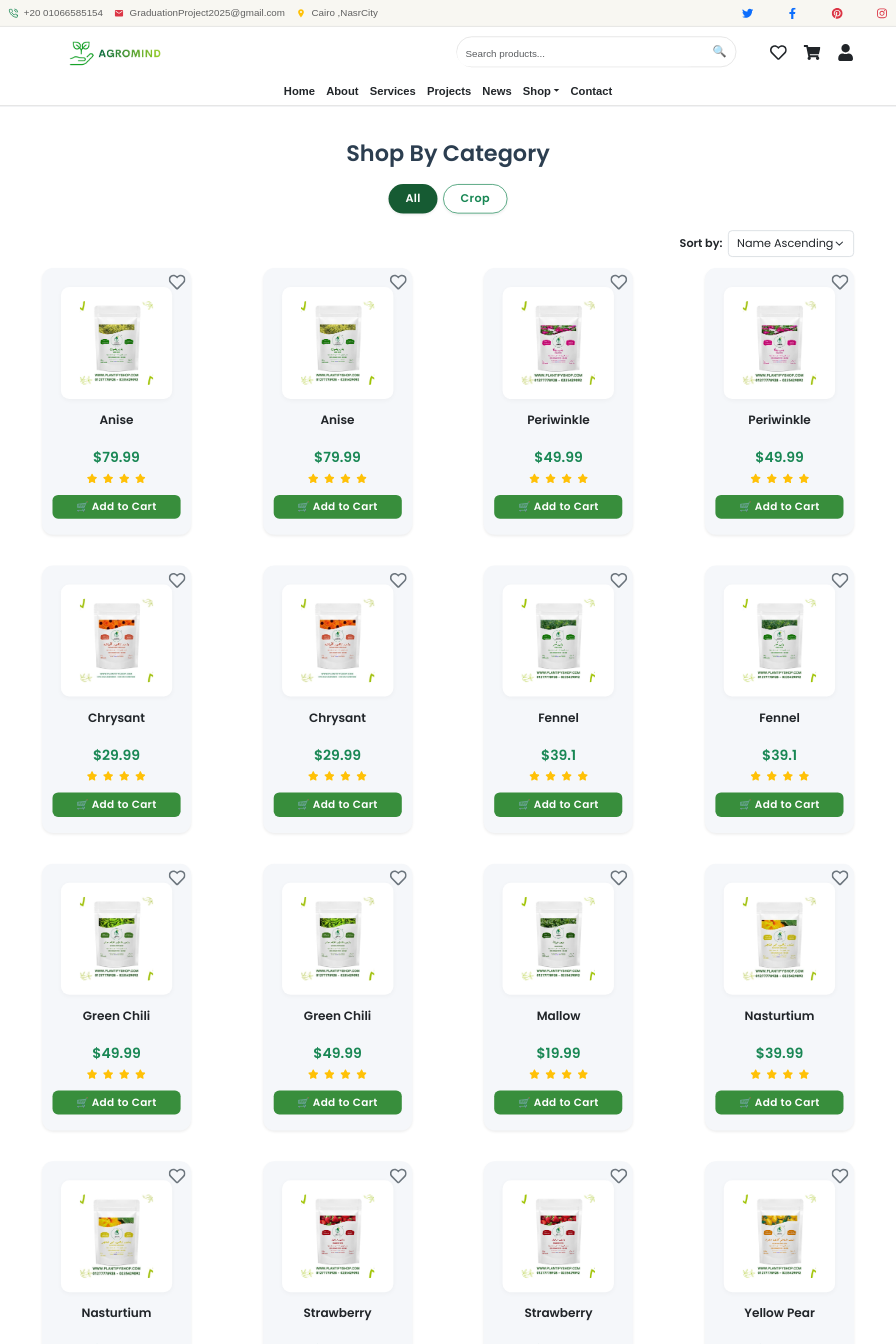
Repository: ShimaaMohamedRoshdi/WorkSpace-agromind
Page: /shop-by-category (app in agricultural-management-system-vs/agricultural-management-system-main/)
These files come from the project's save history. The page is drawn as it stood at one moment and after a run of saves; the edit follows.
The browser window is 1280 px wide. The pictures show the part of the page from y = 0 to 1920 px (the page is 3007 px tall before and 6414 px after), at 70% of full size.
The project was rebuilt for these pictures with package versions that can differ from the ones it lists, and the page was loaded fresh each time. Also part of the build but not shown: agricultural-management-system-vs/agricultural-management-system-main/vite.config.js, agricultural-management-system-vs/agricultural-management-system-main/services/api.jsx, agricultural-management-system-vs/agricultural-management-system-main/src/pages/SignUp.jsx, agricultural-management-system-vs/agricultural-management-system-main/src/pages/SignIn.jsx, agricultural-management-system-vs/agricultural-management-system-main/src/components/HealthyFoods.css, agricultural-management-system-vs/agricultural-management-system-main/src/components/HealthyFoods.jsx, agricultural-management-system-vs/agricultural-management-system-main/src/components/Products.jsx, agricultural-management-system-vs/agricultural-management-system-main/src/components/AgricultureSkill.jsx and 43 more.

Above is the page before, as saved 2025-05-03 00:17:01.

### agricultural-management-system-vs/agricultural-management-system-main/index.html
<!doctype html>
<html lang="en">
  <head>
    <meta charset="UTF-8" />
    <link rel="icon" type="image/svg+xml" href="/src/assets/images/logo-icon.png" />
        <!-- Google Font for Handwritten Style -->
        <link href="https://fonts.googleapis.com/css2?family=Poppins:wght@300;400;600&display=swap" rel="stylesheet">



    <meta name="viewport" content="width=device-width, initial-scale=1.0" />
    <title>Agromind</title>
  </head>
  <body>
    <div id="root"></div>
    <script type="module" src="/src/main.jsx"></script>
  </body>
</html>

### agricultural-management-system-vs/agricultural-management-system-main/src/main.jsx
import { StrictMode } from 'react';
import { createRoot } from 'react-dom/client';
import { Provider } from 'react-redux';  // Import Provider
import store from './redux/store';  // Import your Redux store
import '../node_modules/bootstrap/dist/css/bootstrap.min.css';
import '../node_modules/bootstrap/dist/js/bootstrap.bundle';
import './index.css';
import App from './App.jsx';

createRoot(document.getElementById('root')).render(
  <StrictMode>
    <Provider store={store}>  {/* Wrap App with Provider */}
      <App />
    </Provider>
  </StrictMode>
);

### agricultural-management-system-vs/agricultural-management-system-main/src/redux/store.jsx
import { configureStore } from '@reduxjs/toolkit';
//configureStore is a function from Redux Toolkit that:
//Creates the Redux store.
//Automatically sets up middleware (like Redux DevTools & thunk for async operations).
//Combines multiple reducers into one.

import cartReducer from './cartSlice';
import wishlistReducer from './WishlistSlice'; // Example
import productReducer from './productSlice';
const store = configureStore({
  reducer: {
    cart: cartReducer,
    product: productReducer,
    wishlist: wishlistReducer,
  },
});

export default store;


// (configue store) A utility provided by Redux Toolkit that simplifies the creation of a Redux store.
// It automatically combines reducers, adds middleware, and sets up development tools like the Redux DevTools.




//cartSlice: Manages the state related to the shopping cart.
//productSlice: Handles the product data and search functionality.
//wishlistReducer: Manages the state for the wishlist feature.

### agricultural-management-system-vs/agricultural-management-system-main/src/index.css
@import url('https://fonts.googleapis.com/css2?family=Caveat:wght@700&display=swap');

.hero-title {
    font-family: 'Caveat', cursive;
}

### agricultural-management-system-vs/agricultural-management-system-main/src/redux/WishlistSlice.jsx

import { createSlice } from '@reduxjs/toolkit';

const initialState = {
  wishlist: [],
  totalItems: 0, // ✅ Added this to track wishlist count
};

const wishlistSlice = createSlice({
  name: 'wishlist',
  initialState,
  reducers: {
  //Purpose: Adds a product to the wishlist if it's not already there.
//Check if the product already exists in the wishlist using find.
//If the product doesn't exist, it is added to the wishlist array using push.
//If it already exists, no action is taken (avoiding duplicates).

    addToWishlist: (state, action) => {
      const itemExists = state.wishlist.find(item => item.id === action.payload.id);
      if (!itemExists) {
        state.wishlist.push(action.payload);
        state.totalItems = state.wishlist.length; // ✅ Update count
      }
    },


     //Purpose: Removes a product from the wishlist.
//Filter out the product with the matching id (provided in the action.payload).
    removeFromWishlist: (state, action) => {
      state.wishlist = state.wishlist.filter(item => item.id !== action.payload.id);
      state.totalItems = state.wishlist.length; // ✅ Update count
    },

    // Clears the wishlist
    clearWishlist: (state) => {
      state.wishlist = [];
      state.totalItems = 0; // ✅ Reset count
    },
  },
});

export const { addToWishlist, removeFromWishlist, clearWishlist } = wishlistSlice.actions;
export default wishlistSlice.reducer;

///for me (From any component, use useDispatch to call these actions:)
// import { useDispatch } from 'react-redux';
// import { addToWishlist, removeFromWishlist, clearWishlist } from './wishlistSlice';

// const dispatch = useDispatch();

 // Add an item to the wishlist
// dispatch(addToWishlist({ id: 1, name: 'Product Name', price: 100 }));

 // Remove an item from the wishlist
// dispatch(removeFromWishlist({ id: 1 }));
// Clear the wishlist

### agricultural-management-system-vs/agricultural-management-system-main/src/redux/productSlice.jsx

import { createSlice } from '@reduxjs/toolkit';
import { mockData, mockData2,mockData3, mockData4 , mockData5} from '../assets/images/mockData';

const initialState = {
  products: mockData,   // from mockData
  products2: mockData2, // from mockData2
  products3: mockData3, // from mockData3
  products4: mockData4, // from mockData4
  products5: mockData5, // from mockData5
};

const productSlice = createSlice({
  name: 'product',
  initialState,
  reducers: {},
});

export default productSlice.reducer;

### agricultural-management-system-vs/agricultural-management-system-main/src/pages/FarmEquipment.jsx
import React from "react";
import "./FarmEquipment.css";
import { MdAgriculture } from "react-icons/md";
import { GiGrain, GiFruitTree, GiFertilizerBag } from "react-icons/gi";
import { FaSeedling, FaTruck, FaTools, FaWarehouse, FaTree, FaTractor } from "react-icons/fa";

const equipmentList = [
  { name: "Tractors", count: 15094, icon: <FaTractor /> },
   { name: "Planting equipment", count: 3209, icon: <FaSeedling /> },
  { name: "Transportation machinery", count: 820, icon: <FaTruck /> },
  { name: "Potato equipment", count: 813, icon: <FaSeedling /> },
    { name: "Equipment", count: 2519, icon: <FaWarehouse /> },
  { name: "Tires and wheels", count: 3387, icon: <FaTruck /> },
];

const FarmEquipment = () => {
  return (
    <div className="farm-container">
      <h5 className="farm-equipment-title">Farm Equipment</h5>

      {/* Equipment Grid */}
      <div className="equipment-grid">
        {equipmentList.map((item, index) => (
          <div key={index} className="equipment-card">
            <div className="equipment-icon">{item.icon}</div>
            <p className="equipment-name">{item.name}</p>
            <p className="equipment-count">{item.count.toLocaleString()}</p>
          </div>
        ))}
      </div>
    </div>
  );
};

export default FarmEquipment;

### agricultural-management-system-vs/agricultural-management-system-main/src/pages/CropGrowing.jsx
import React from "react";
import { GiPlantRoots, GiMushroom } from "react-icons/gi";
import { GiChemicalTank } from "react-icons/gi"; // Import new icon
import "./CropGrowing.css";

const cropGrowingList = [
  { name: "Seeds", count: 905, icon: <GiPlantRoots /> },
  { name: "Mycelium", count: 16, icon: <GiMushroom /> },
  { name: "Agrochemistry", count: 50, icon: <GiChemicalTank /> }, // Added new item
];

const CropGrowing = () => {
  return (
    <div className="container">
      <h2>Crop Growing</h2>
      <div className="grid">
        {cropGrowingList.map((item, index) => (
          <div key={index} className="card">
            <div className="icon">{item.icon}</div>
            <p>{item.name}</p>
            <span>{item.count}</span>
          </div>
        ))}
      </div>
    </div>
  );
};

export default CropGrowing;

### agricultural-management-system-vs/agricultural-management-system-main/src/pages/AnimalHusbandry.jsx
import React from "react";
import { GiShoppingBag } from "react-icons/gi";
import { GiCow, GiMedicalPack, GiCheeseWedge } from "react-icons/gi";
import "./AnimalHusbandry.css";

const animalCategories = [
  { name: "Animals", count: 426, icon: <GiCow /> },
  { name: "Animal Feeds", count: 54, icon: <GiShoppingBag /> },
  { name: "Veterinary & Pet Supplies", count: 38, icon: <GiMedicalPack /> },
  { name: "Animal Products", count: 6, icon: <GiCheeseWedge /> },
];

const AnimalHusbandry = () => {
  return (
    <div className="animal-container">
      <h5 className="section-title">Animal Husbandry</h5>
      <div className="category-grid">
        {animalCategories.map((item, index) => (
          <div key={index} className="category-card">
            <div className="category-icon">{item.icon}</div>
            <p className="category-name">{item.name}</p>
            <p className="category-count">{item.count.toLocaleString()}</p>
          </div>
        ))}
      </div>
    </div>
  );
};

export default AnimalHusbandry;

### agricultural-management-system-vs/agricultural-management-system-main/src/components/ShopByCategory.jsx
import React, { useState } from "react";
import { useSelector } from "react-redux";
import ProductCard from "./ProductCard";

const ShopByCategory = () => {
  const products = useSelector((state) => state.product.products);
  const [selectedCategory, setSelectedCategory] = useState("All");
  const [sortOption, setSortOption] = useState("nameAsc");

  // Extract unique categories from products
  const categories = [
    "All",
    ...Array.from(new Set(products.map((p) => p.category).filter(Boolean))),
  ];

  // Filter products by selected category
  const filteredProducts =
    selectedCategory === "All"
      ? products
      : products.filter((p) => p.category === selectedCategory);

  // Sort filtered products based on sortOption
  const sortedProducts = [...filteredProducts].sort((a, b) => {
    switch (sortOption) {
      case "nameAsc":
        return a.name.localeCompare(b.name);
      case "nameDesc":
        return b.name.localeCompare(a.name);
      case "priceAsc":
        return a.price - b.price;
      case "priceDesc":
        return b.price - a.price;
      default:
        return 0;
    }
  });

  return (
    <div className="container py-5">
      <h2 className="text-center mb-4 fw-bold">Shop By Category</h2>
      <div className="d-flex flex-wrap gap-2 justify-content-center mb-4">
        {categories.map((cat) => (
          <button
            key={cat}
            className={`btn px-4 py-2 rounded-pill fw-bold shadow-sm ${
              selectedCategory === cat
                ? "btn-success text-white"
                : "btn-outline-success"
            }`}
            style={{
              fontSize: 16,
              letterSpacing: 0.5,
              transition: "all 0.2s",
              cursor: "pointer",
            }}
            onClick={() => setSelectedCategory(cat)}
          >
            {cat}
          </button>
        ))}
      </div>
      <div className="d-flex justify-content-end mb-3 align-items-center">
        <label htmlFor="sort" className="me-2 fw-semibold">
          Sort by:
        </label>
        <select
          id="sort"
          value={sortOption}
          onChange={(e) => setSortOption(e.target.value)}
          className="form-select w-auto"
          style={{
            minWidth: "180px",
            cursor: "pointer",
            borderRadius: "0.375rem",
            borderColor: "#ced4da",
            padding: "0.375rem 0.75rem",
          }}
        >
          <option value="nameAsc">Name Ascending</option>
          <option value="nameDesc">Name Descending</option>
          <option value="priceAsc">Price Ascending</option>
          <option value="priceDesc">Price Descending</option>
        </select>
      </div>
      <div className="row row-cols-1 row-cols-md-3 row-cols-lg-5 g-4">
        {sortedProducts.map((product) => (
          <div key={product.id} className="col">
            <ProductCard product={product} />
          </div>
        ))}
      </div>
    </div>
  );
};

export default ShopByCategory;

### agricultural-management-system-vs/agricultural-management-system-main/src/pages/Home.css
body {
    font-family: 'Poppins', sans-serif;
}

h1, h2, h3 {
    font-family: 'Poppins', sans-serif;
    font-weight: 600; /* Makes headlines bold */
}

p {
    font-family: 'Poppins', sans-serif;
    font-weight: 300;
}

.wave {
    background-color: #0b3d02;
    height: 50px;
    clip-path: polygon(0 50%, 10% 60%, 20% 50%, 30% 60%, 40% 50%, 50% 60%, 60% 50%, 70% 60%, 80% 50%, 90% 60%, 100% 50%, 100% 100%, 0% 100%);
  }
 /* Hero Section */
.hero-section {
    position: relative;
    color: white;
    text-align: center;

}

/* Small Tagline */
.tagline {
    font-size: 1.1rem;
    color: #FFC107;
    font-weight: bold;
    text-transform: uppercase;
    letter-spacing: 1px;
}

/* Hero Title */
.hero-title {
    font-size: 3rem;
    font-weight: bold;
    font-family: 'Caveat', cursive; /* Handwritten style */
    text-shadow: 2px 2px 4px rgba(0, 0, 0, 0.8);
}

/* Yellow Underline */
.underline {
    width: 350px;
    height: 5px;
    background: #FFC107;
    margin: 10px auto;
}

/* Hero Text */
.hero-text {
    font-size: 1rem;
    max-width: 60%;
    text-shadow: 1px 1px 3px rgba(0, 0, 0, 0.7);
}

/* Button */
.hero-button {
    background: #fff;
    color: black;
    font-size: 1.2rem;
    padding: 10px 20px;
    border: none;
    border-radius: 50px;
    display: flex;
    align-items: center;
    gap: 10px;
    font-weight: bold;
    transition: 0.3s;
}

.hero-button:hover {
    background: #FFC107;
}

/* Arrow */
.arrow {
    background: #FFC107;
    color: black;
    width: 30px;
    height: 30px;
    display: flex;
    align-items: center;
    justify-content: center;
    border-radius: 50%;
}

/* Grass Wave */
.grass-wave {
    position: absolute;
    bottom: 0;
    width: 100%;
    height: 50px;
    background: url('/src/assets/images/grass-wave.png') repeat-x;
    background-size: contain;
}




@keyframes moveBackground {
    0% {
        background-position: 100% center;
    }
    100% {
        background-position: 0% center;
    }
}

.hero-section {
    animation: moveBackground 14s linear infinite alternate;
    background-size: cover;
    background-position: 100% center;
    -webkit-animation: moveBackground 14s linear infinite alternate;
}

### agricultural-management-system-vs/agricultural-management-system-main/src/pages/CheckOut.css


  /* Card Styling */
  .cardd {
    background: #ffffff;
    border-radius: 8px;
    box-shadow: 0 4px 8px rgba(0, 0, 0, 0.1);
    padding: 20px;
    transition: all 0.3s ease-in-out;
  }

  .cardd:hover {
    box-shadow: 0 6px 12px rgba(0, 0, 0, 0.15);
  }

  .card-header {
    background: #f4f4f4;
    padding: 12px 16px;
    border-radius: 8px 8px 0 0;
    cursor: pointer;
    font-weight: bold;
  }

  .card-body {
    padding: 5px;
  }

  /* Form Styling */
  .form-label {
    font-weight: 500;
    color: #444;
  }

  .form-control {
    border: 1px solid #ccc;
    padding: 10px;
    border-radius: 6px;
    transition: all 0.3s;
  }

  .form-control:focus {
    border-color: #165b33;
    box-shadow: 0 0 6px rgba(22, 91, 51, 0.3);
  }

  /* Payment Option Styling */
  .form-check-input:checked {
    background-color: #165b33;
    border-color: #165b33;
  }

  /* Order Summary Styling */
  .list-group-item {
    border: none;
    padding: 12px;
    background: #fafafa;
  }

  .list-group-item h6 {
    margin-bottom: 2px;
    font-size: 16px;
    color: #333;
  }

  .list-group-item small {
    color: #777;
  }

  /* Button Styling */
  .btn-success {
    background-color: #165b33;
    border: none;
    padding: 12px;
    font-size: 16px;
    font-weight: bold;
    border-radius: 6px;
    transition: 0.3s;
  }

  .btn-success:hover {
    background-color: #0e3e22;
    transform: scale(1.02);
  }

### agricultural-management-system-vs/agricultural-management-system-main/src/pages/CropGrowing.css
.container {
    padding: 20px;
  }

  h2 {
    color: #2c3e50;
    margin-bottom: 20px;
  }

  .grid {
    display: flex;
    gap: 20px;
    flex-wrap: wrap;
  }

  .card {
    background: #e8f5e9;
    padding: 15px;
    border-radius: 10px;
    text-align: center;
    width: 180px;
    box-shadow: 2px 2px 10px rgba(0, 0, 0, 0.1);
    transition: transform 0.2s ease-in-out;
  }

  .card:hover {
    transform: scale(1.05);
  }

  .icon {
    font-size: 50px;
    color: #388e3c;
  }

  p {
    font-weight: bold;
    font-size: 16px;
  }

  span {
    color: #616161;
    font-size: 14px;
  }

### agricultural-management-system-vs/agricultural-management-system-main/src/components/OrganicSection.css
/* Organic Section Styles */
.organic-section {
    background-color: #ffffff;
    padding: 50px 10px;
  }

  /* Image Container */
  .image-container {
    position: relative;
    display: inline-block;
    animation: scaleIn 1s ease-in-out;
  }

  /* Scale-in animation */
  @keyframes scaleIn {
    0% {
      transform: scale(0.8);
      opacity: 0;
    }
    100% {
      transform: scale(1);
      opacity: 1;
    }
  }

  /* Golden Square Positioned Behind the Image */
  .background-square {
    width: 280px;
    height: 280px;
    border: 12px solid #f3c258;
    position: absolute;
    top: 40%;
    left: 40%;
    transform: translate(-50%, -50%);
    z-index: 0;
    animation: fadeIn 1s ease-in-out;
  }

  /* Fade-in animation */
  @keyframes fadeIn {
    from {
      opacity: 0;
    }
    to {
      opacity: 1;
    }
  }

  /* Product Image */
  .product-image {
    max-width: 100%;
    height: auto;
    position: relative;
    z-index: 1;
  }

  /* Circular Progress Bars */
  .progress-circle {
    width: 100px;
    height: 100px;
    border-radius: 50%;
    border: 10px solid #28a745;
    border-left-color: #eaeaea;
    display: flex;
    align-items: center;
    justify-content: center;
    font-size: 20px;
    font-weight: bold;
    color: #f3c258;
    position: relative;
    animation: rotateProgress 4s linear infinite;
    -webkit-animation: rotateProgress 4s linear infinite;
}

  /* Rotating animation for progress circles */
  @keyframes rotateProgress {
    0% {
      transform: rotate(0deg);
    }
    100% {
      transform: rotate(360deg);
    }
  }

  /* Percentage Text Inside Circle */
  .progress-text {
    position: absolute;
    font-size: 18px;
    font-weight: bold;
  }

  /* Slide-up effect for text */
  h3, p {
    animation: slideUp 1s ease-in-out;
  }

  @keyframes slideUp {
    0% {
      transform: translateY(20px);
      opacity: 0;
    }
    100% {
      transform: translateY(0);
      opacity: 1;
    }
  }

Loaded but not shown: agricultural-management-system-vs/agricultural-management-system-main/src/assets/images/mockData.jsx (739 lines, source omitted); agricultural-management-system-vs/agricultural-management-system-main/src/components/Navbar.jsx (352 lines, source omitted); agricultural-management-system-vs/agricultural-management-system-main/src/components/ProductCard.jsx (192 lines, source omitted); agricultural-management-system-vs/agricultural-management-system-main/src/components/Navbar.css (292 lines, source omitted); agricultural-management-system-vs/agricultural-management-system-main/src/components/Footer.jsx (161 lines, source omitted); agricultural-management-system-vs/agricultural-management-system-main/src/App.jsx (101 lines, source omitted); agricultural-management-system-vs/agricultural-management-system-main/src/pages/Signup.css (226 lines, source omitted); agricultural-management-system-vs/agricultural-management-system-main/src/pages/ProductDetails.css (202 lines, source omitted); agricultural-management-system-vs/agricultural-management-system-main/src/App.css (181 lines, source omitted); agricultural-management-system-vs/agricultural-management-system-main/src/redux/cartSlice.jsx (61 lines, source omitted)

After the next 2 saves:
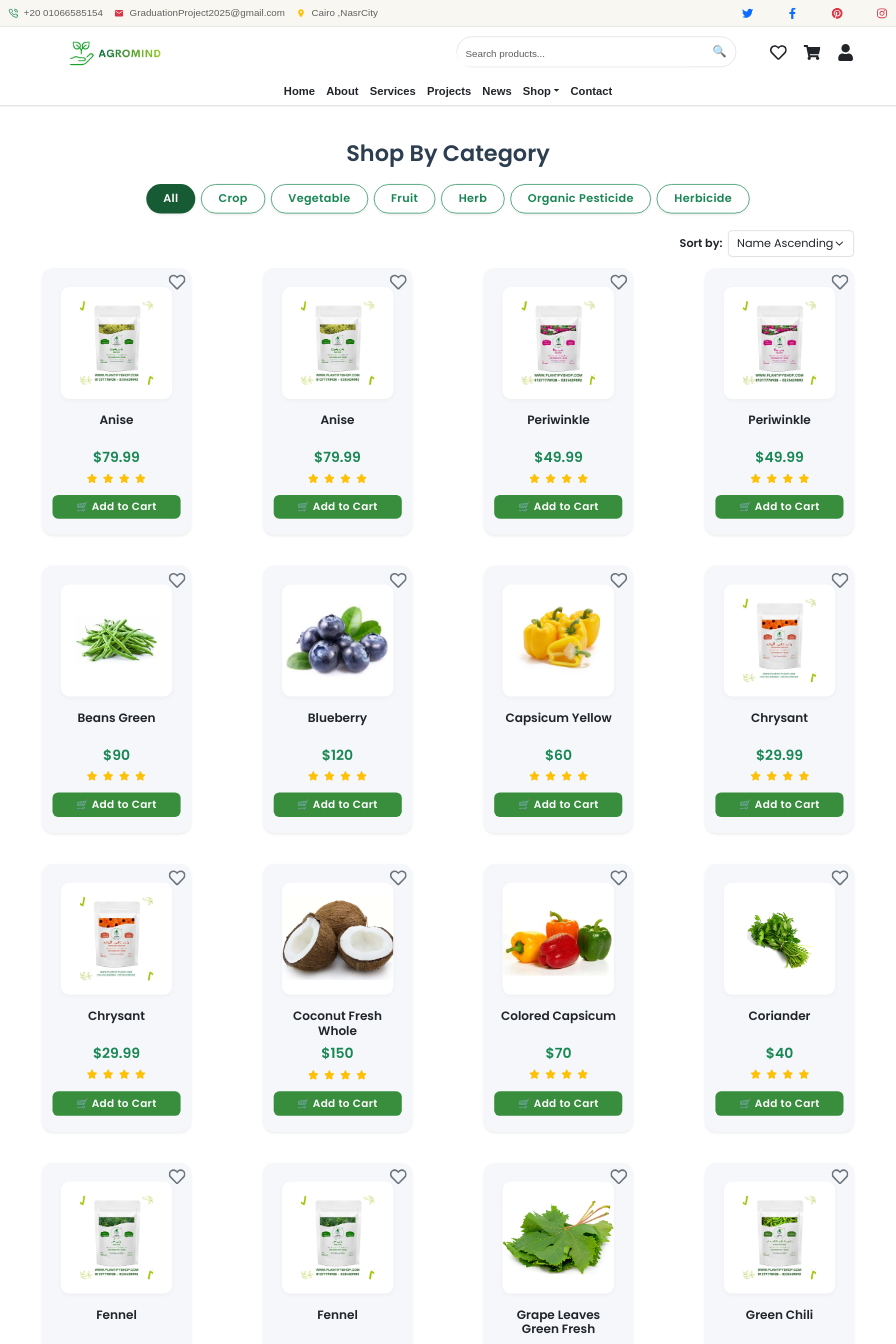
The 2 saves are shown as one change because 1 did not build or start.
The last was saved 93 s later.
--- a/agricultural-management-system-vs/agricultural-management-system-main/src/components/ShopByCategory.jsx
+++ b/agricultural-management-system-vs/agricultural-management-system-main/src/components/ShopByCategory.jsx
@@ -3,21 +3,28 @@ import { useSelector } from "react-redux";
 import ProductCard from "./ProductCard";
 
 const ShopByCategory = () => {
-  const products = useSelector((state) => state.product.products);
+  const products = useSelector((state) => state.product.products || []);
+  const products2 = useSelector((state) => state.product.products2 || []);
+  const products3 = useSelector((state) => state.product.products3 || []);
+  const products4 = useSelector((state) => state.product.products4 || []);
+
+  // Combine all product arrays
+  const allProducts = [...products, ...products2, ...products3, ...products4];
+
   const [selectedCategory, setSelectedCategory] = useState("All");
   const [sortOption, setSortOption] = useState("nameAsc");
 
-  // Extract unique categories from products
+  // Extract unique categories from all products
   const categories = [
     "All",
-    ...Array.from(new Set(products.map((p) => p.category).filter(Boolean))),
+    ...Array.from(new Set(allProducts.map((p) => p.category).filter(Boolean))),
   ];
 
   // Filter products by selected category
   const filteredProducts =
     selectedCategory === "All"
-      ? products
-      : products.filter((p) => p.category === selectedCategory);
+      ? allProducts
+      : allProducts.filter((p) => p.category === selectedCategory);
 
   // Sort filtered products based on sortOption
   const sortedProducts = [...filteredProducts].sort((a, b) => {
